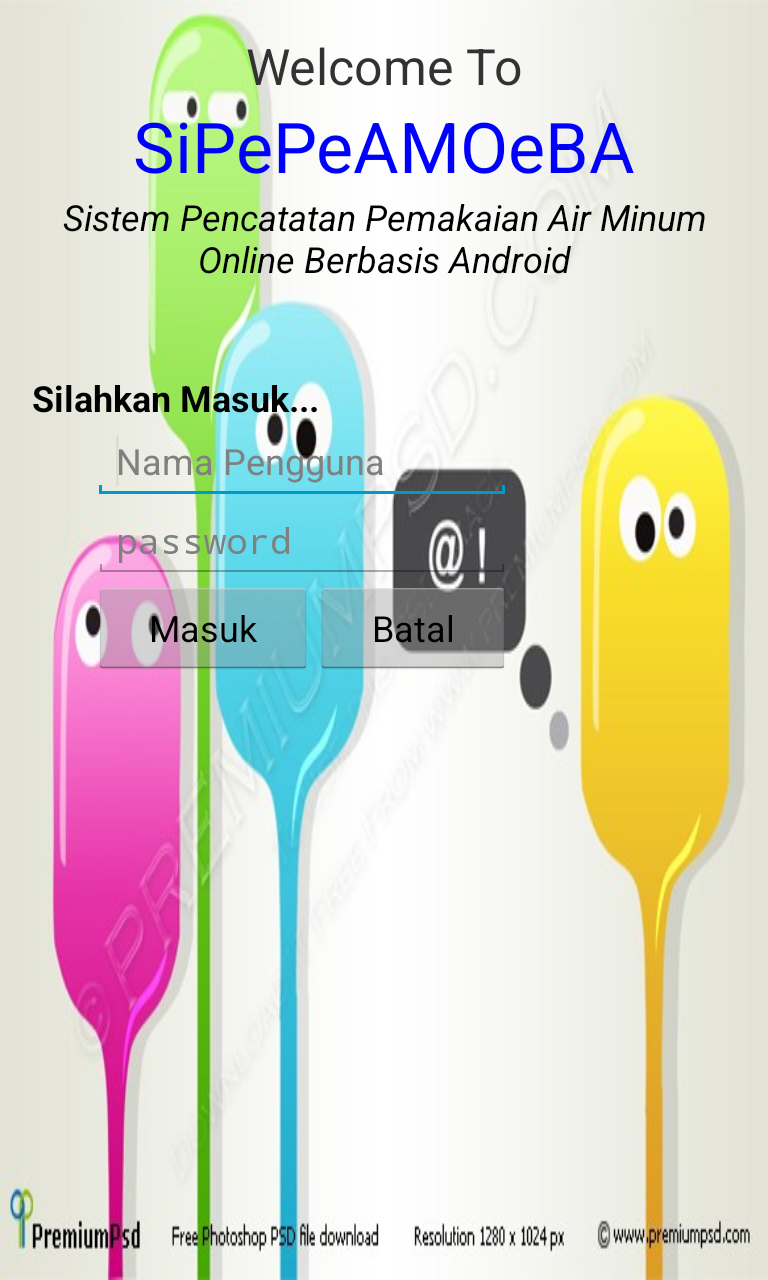
Repository: Mikroskil/DHDZ
Layout: sipepeamoeba/Sipepeamoeba/res/layout/activity_login.xml
These files come from the project's save history. The layout is drawn as it stood at one moment and after the next save; the edit follows.
It is drawn on a 768 x 1280 px phone screen (xhdpi) without system bars, with theme AppTheme; the app's code is not run.

Above is the layout before, as saved 2013-11-25 17:01:43.

After the next save:
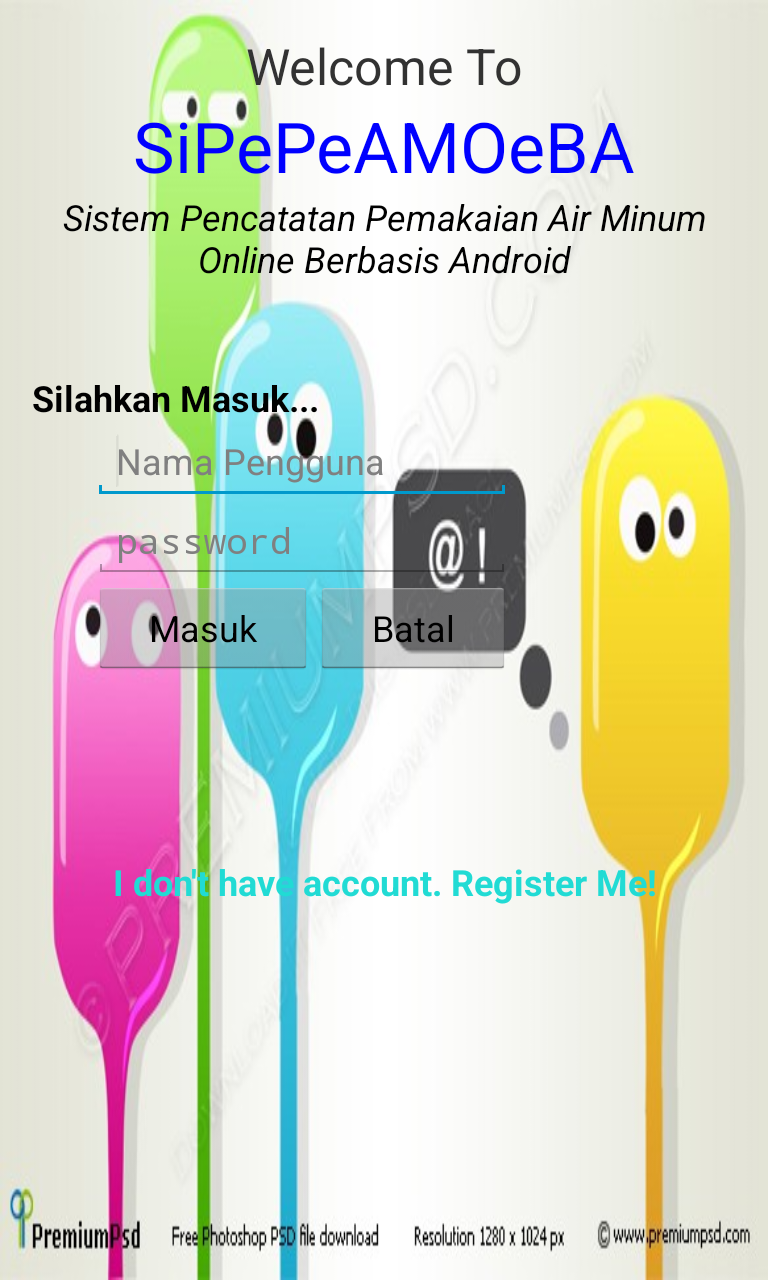
Saved 89 s later.
--- a/sipepeamoeba/Sipepeamoeba/res/layout/activity_login.xml
+++ b/sipepeamoeba/Sipepeamoeba/res/layout/activity_login.xml
@@ -120,4 +120,13 @@
             		android:textColor="#e30000"
             		android:padding="10dip"
             		android:textStyle="bold"/>
+    <Button
+            android:id="@+id/btnLinkToRegisterScreen"
+            android:layout_width="fill_parent"
+            android:layout_height="wrap_content"
+            android:layout_marginTop="40dip"
+            android:background="@null"
+            android:text="I don&apos;t have account. Register Me!"
+            android:textColor="#21dbd4"
+            android:textStyle="bold" />
 </LinearLayout>
